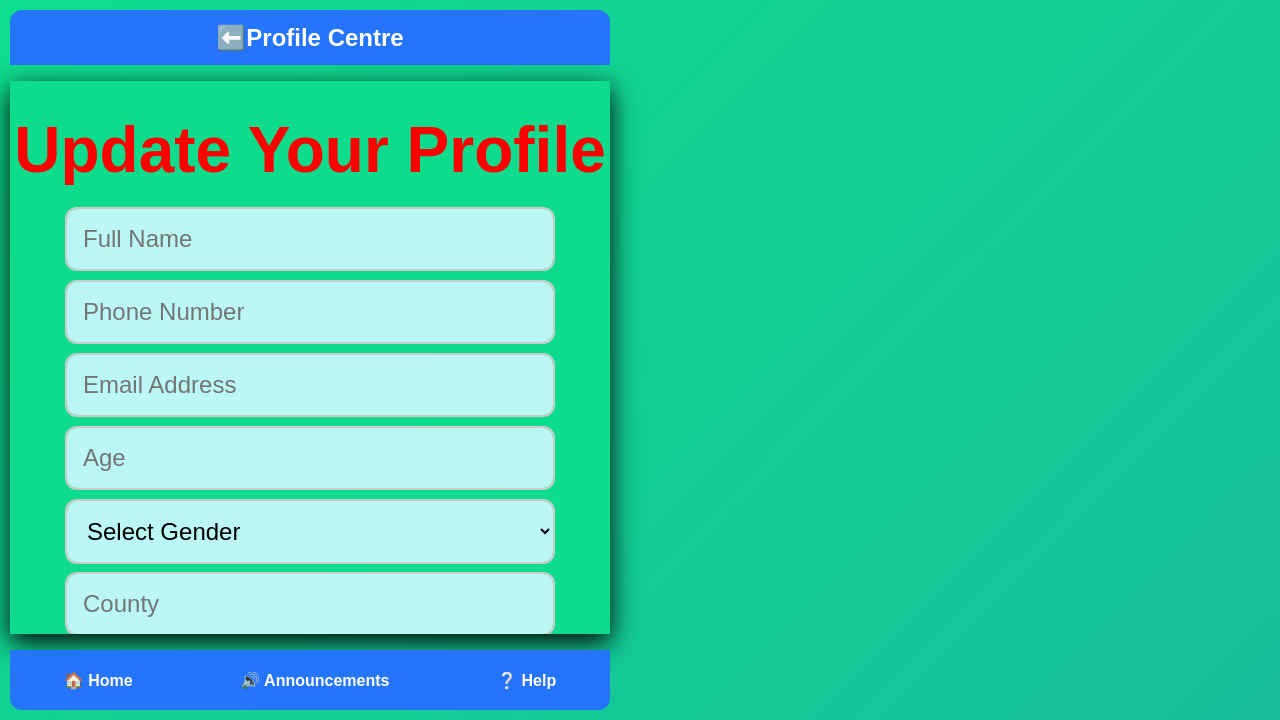
Repository: Amani-Kibet/express-app-web
Page: pages/profileCentre.html
These files come from the project's save history. The page is drawn as it stood at one moment and after the next save; the edit follows.
The browser window is 1280 px wide. The pictures show the whole page.
An inner scrolling area shows only its first screen.

Above is the page before, as saved 2025-10-08 12:40:11.

### pages/profileCentre.html
<!DOCTYPE html>
<html lang="en">
<head>
<meta charset="UTF-8">
<meta name="viewport" content="width=device-width, initial-scale=1.0">
<title>Profile Update</title>
<style>
* {
  margin: 0;
  padding: 0;
  box-sizing: border-box;
  font-family: 'Poppins', sans-serif;
}

/* ===== Body & Layout ===== */
body {
  display: flex;
  flex-direction: column;
  align-items: flex-start;
  justify-content: flex-start;
  width: 100%;
  height: 100vh;
  padding: 10px;
  background: linear-gradient(135deg, #0ddd8d, #18be9a);
}

/* ===== Top Bar ===== */
.top-bar-log {
  width: 100%;
  max-width: 600px;
  height: 55px;
  background: #2575fc;
  color: white;
  display: flex;
  align-items: center;
  justify-content: center;
  font-weight: bold;
  font-size: 1.5rem;
  border-top-left-radius: 12px;
  border-top-right-radius: 12px;
  padding: 0 10px;
  margin-bottom: 1rem;
}

/* ===== Form Container ===== */
#board {
  width: 100%;
  max-width: 600px;
  display: flex;
  flex-direction: column;
  align-items: center;
  flex: 1;
  overflow-y: auto;
  padding: 2rem 0;
  box-shadow: 0 8px 25px black;
  background: rgba(13, 221, 141, 0.95);
}

form {
  width: 90%;
  display: flex;
  flex-direction: column;
  align-items: center;
}

h2 {
  color: red;
  font-size: clamp(2rem, 6vw, 4rem);
  margin-bottom: 1rem;
  text-align: center;
}

/* ===== Inputs ===== */
.inputs {
  width: 90%;
  padding: 1rem;
  margin: 0.4rem 0;
  border-radius: 10px;
  font-size: clamp(1rem, 3vw, 1.5rem);
  background-color: rgba(186, 247, 245, 1);
  border: none;
  outline: 2px solid #ccc;
  transition: 0.3s;
}

.inputs:focus {
  outline: 3px solid #2575fc;
  background-color: #ffffffff;
}

/* ===== Submit Button ===== */
#submit {
  background: rgba(216, 202, 13, 1);
  width: 70%;
  padding: 1rem;
  margin-top: 2rem;
  border-radius: 20px;
  font-size: clamp(1rem, 3vw, 1.5rem);
  font-weight: bold;
  border: none;
  cursor: pointer;
  transition: 0.3s;
  outline: 1px groove red;
}

#submit:hover {
  background: linear-gradient(90deg, #09319e, #5abfee);
  transform: scale(0.9);
}

/* ===== Links ===== */
.links {
  margin-top: 2rem;
  font-weight: 800;
  font-size: clamp(1rem, 3vw, 1.2rem);
  color: rgba(206, 12, 245, 1);
  text-decoration: none;
  transition: 0.3s;
}

.links:hover {
  color: yellow;
}

/* ===== Bottom Bar ===== */
.bottom-bar-log {
  width: 100%;
  max-width: 600px;
  height: 60px;
  background: #2575fc;
  color: white;
  display: flex;
  align-items: center;
  justify-content: space-around;
  font-size: 1rem;
  border-bottom-left-radius: 12px;
  border-bottom-right-radius: 12px;
  margin-top: 1rem;
}

.bottom-bar-log a {
  color: white;
  text-decoration: none;
  font-weight: bold;
  transition: 0.3s;
}

.bottom-bar-log a:hover {
  color: yellow;
}

/* ===== File Inputs Grid ===== */
.file-inputs {
  display: grid;
  grid-template-columns: repeat(auto-fit, minmax(100px, 1fr));
  gap: 12px;
  width: 90%;
  margin-top: 0.5rem;
}

.file-inputs input {
  background: rgba(186, 247, 245, 1);
  padding: 10px;
  border-radius: 10px;
  cursor: pointer;
}
</style>
</head>
<body>

<!-- Top Bar -->
<div class="top-bar-log">
  <div class="back-btn" onclick="window.location.href='/pages/chat.html'">⬅️</div>
  Profile Centre
</div>

<!-- Form Board -->
<div id="board">
  <h2 class="profile-centreT">Update Your Profile</h2>
  <form id="profileForm" enctype="multipart/form-data">
    <input type="text" name="name" placeholder="Full Name" class="inputs" required>
    <input type="tel" name="phone" placeholder="Phone Number" class="inputs" required>
    <input type="email" name="email" placeholder="Email Address" class="inputs" required>
    <input type="number" name="age" placeholder="Age" class="inputs" min="10" max="100" required>
    <select name="gender" class="inputs" required>
      <option value="">Select Gender</option>
      <option>Male</option>
      <option>Female</option>
      <option>Other</option>
    </select>
    <input type="text" name="county" placeholder="County" class="inputs" required>

    <label style="color:#fff; margin-top:1rem;">Upload up to 6 Photos</label>
    <div class="file-inputs">
      <input type="file" name="photos" accept="image/*">
      <input type="file" name="photos" accept="image/*">
      <input type="file" name="photos" accept="image/*">
      <input type="file" name="photos" accept="image/*">
      <input type="file" name="photos" accept="image/*">
      <input type="file" name="photos" accept="image/*">
    </div>

    <button type="submit" id="submit">✨ Save Profile</button>
  </form>
</div>

<!-- Bottom Bar -->
<div class="bottom-bar-log">
  <a href="/pages/home.html">🏠 Home</a>
  <a href="#">🔊 Announcements</a>
  <a href="/pages/help.html">❔ Help</a>
</div>

<script>
const form = document.getElementById('profileForm');
form.addEventListener('submit', async (e) => {
  e.preventDefault();
  const formData = new FormData(form);
  try {
    const res = await fetch('/update-profile', {
      method: 'POST',
      body: formData
    });
    const data = await res.json();
    alert(data.message);
  } catch (err) {
    console.error(err);
    alert("Upload failed. Try again!");
  }
});
</script>

</body>
</html>

After the next save:
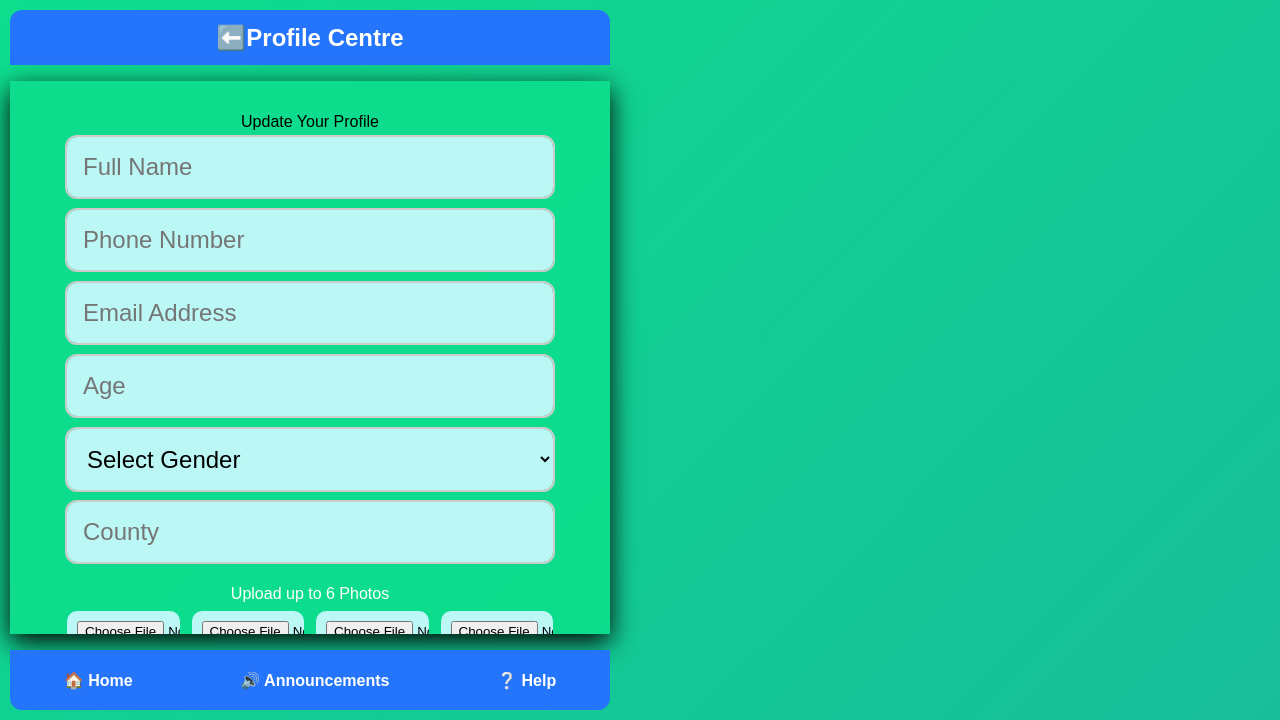
Saved 35 s later.
--- a/pages/profileCentre.html
+++ b/pages/profileCentre.html
@@ -176,7 +176,7 @@ h2 {
 
 <!-- Form Board -->
 <div id="board">
-  <h2 class="profile-centreT">Update Your Profile</h2>
+  <div class="profile-centreT">Update Your Profile</div>
   <form id="profileForm" enctype="multipart/form-data">
     <input type="text" name="name" placeholder="Full Name" class="inputs" required>
     <input type="tel" name="phone" placeholder="Phone Number" class="inputs" required>
